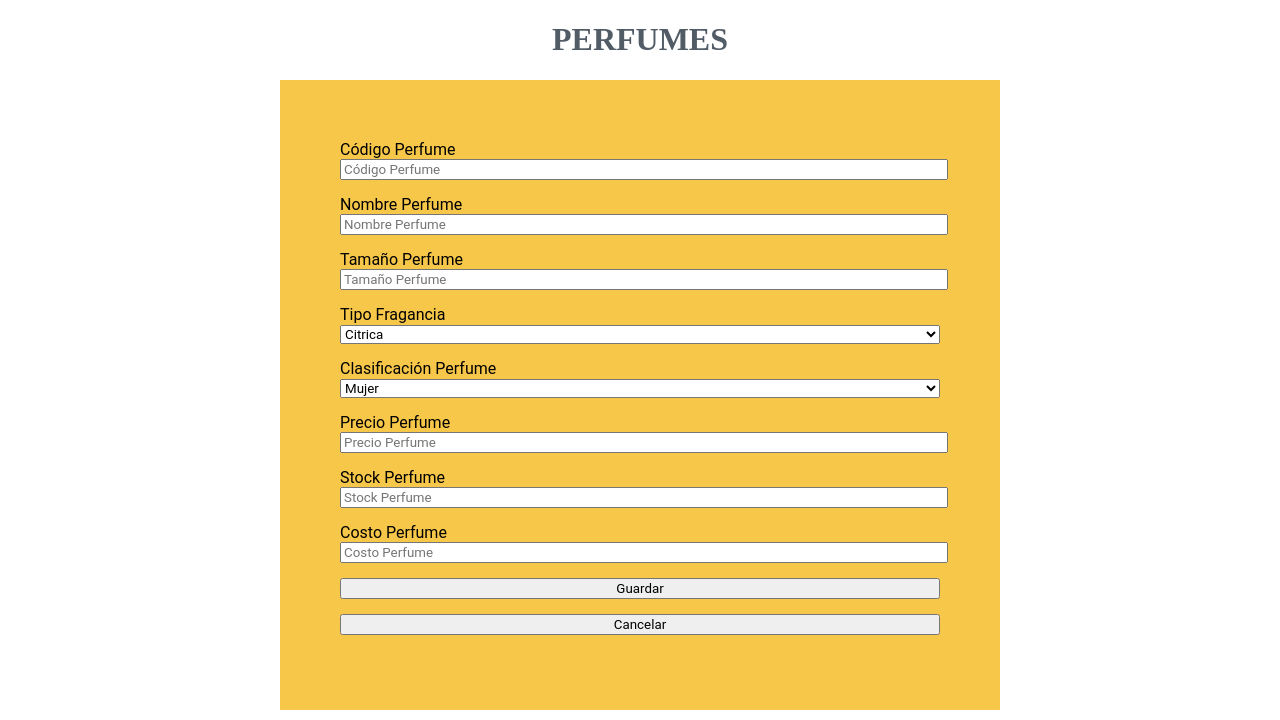
Repository: alejamorenovallejo/arosmile
Page: perfume.html
An editor plug-in stored every save of this project. The page is shown before and after the next save, followed by the edit.
The browser window is 1280 px wide. The pictures show the whole page.

Above is the page before, as saved 2021-09-12 02:26:17.
Not found: main.js

### perfume.html
<!DOCTYPE html>
<html>
  <head>
    <meta charset="utf-8" />
    <meta http-equiv="X-UA-Compatible" content="IE=edge" />
    <title>Perfumes</title>
    <meta name="viewport" content="width=device-width, initial-scale=1" />
    <link
      rel="stylesheet"
      type="text/css"
      media="screen"
      href="css/style.css"
    />
    <script src="main.js"></script>
  </head>
  <body>
    <header></header>
    <main>
        <h1>PERFUMES</h1>
        <form action="" method="POST">
          <label for="codigo_perfume">
            <span>Código Perfume</span>
            <input
              type="text"
              id="codigo_perfume"
              name="codigo_perfume"
              placeholder="Código Perfume"
            />
          </label>
          <label for="nombre_perfume">
            <span>Nombre Perfume</span>
            <input
              type="text"
              id="nombre_perfume"
              name="nombre_perfume"
              placeholder="Nombre Perfume"
            />
          </label>
          <label for="tamano_perfume">
            <span>Tamaño Perfume</span>
            <input
              type="number"
              id="tamano_perfume"
              name="tamano_perfume"
              placeholder="Tamaño Perfume"
            />
          </label>
          <label for="tipo_frangancia">
            <span>Tipo Fragancia</span>
            <select
              name="tipo_frangancia"
              id="tipo_frangancia"
              placeholder="Tipo Fragancia"
            >
              <option value="1">Citrica</option>
            </select>
          </label>
          <label for="clasificacion_perfume">
            <span>Clasificación Perfume</span>
            <select
              name="clasificacion_perfume"
              id="clasificacion_perfume"
              placeholder="Clasificación Perfume"
            >
              <option value="1">Mujer</option>
              <option value="2">Hombre</option>
              <option value="3">Infantil</option>
            </select>
          </label>
          <label for="precio_perfume">
            <span>Precio Perfume</span>
            <input
              type="number"
              id="precio_perfume"
              name="precio_perfume"
              placeholder="Precio Perfume"
            />
          </label>
          <label for="stock_perfume">
            <span>Stock Perfume</span>
            <input
              type="number"
              id="stock_perfume"
              name="stock_perfume"
              placeholder="Stock Perfume"
            />
          </label>
          <label for="costo_perfume">
            <span>Costo Perfume</span>
            <input
              type="number"
              id="costo_perfume"
              name="costo_perfume"
              placeholder="Costo Perfume"
            />
          </label>
          <input
            type="submit"
            id="guardar_perfume"
            name="guardar_perfume"
            value="Guardar"
          />
          <input
            type="button"
            id="cancelar_perfume"
            name="cancelar_perfume"
            value="Cancelar"
          />
        </form>
    </main>
  </body>
</html>

### css/style.css
form {
  padding: 60px;
  max-width: 600px;
  background-color: #F7C74A;
  margin: 0 auto;
}
form input, form select,form label{
    margin-bottom: 15px;
    font-family: "Roboto", sans-serif;
    width: 100%;

}

h1 {
    text-align: center;
    color: #525c66;

}

After the next save:
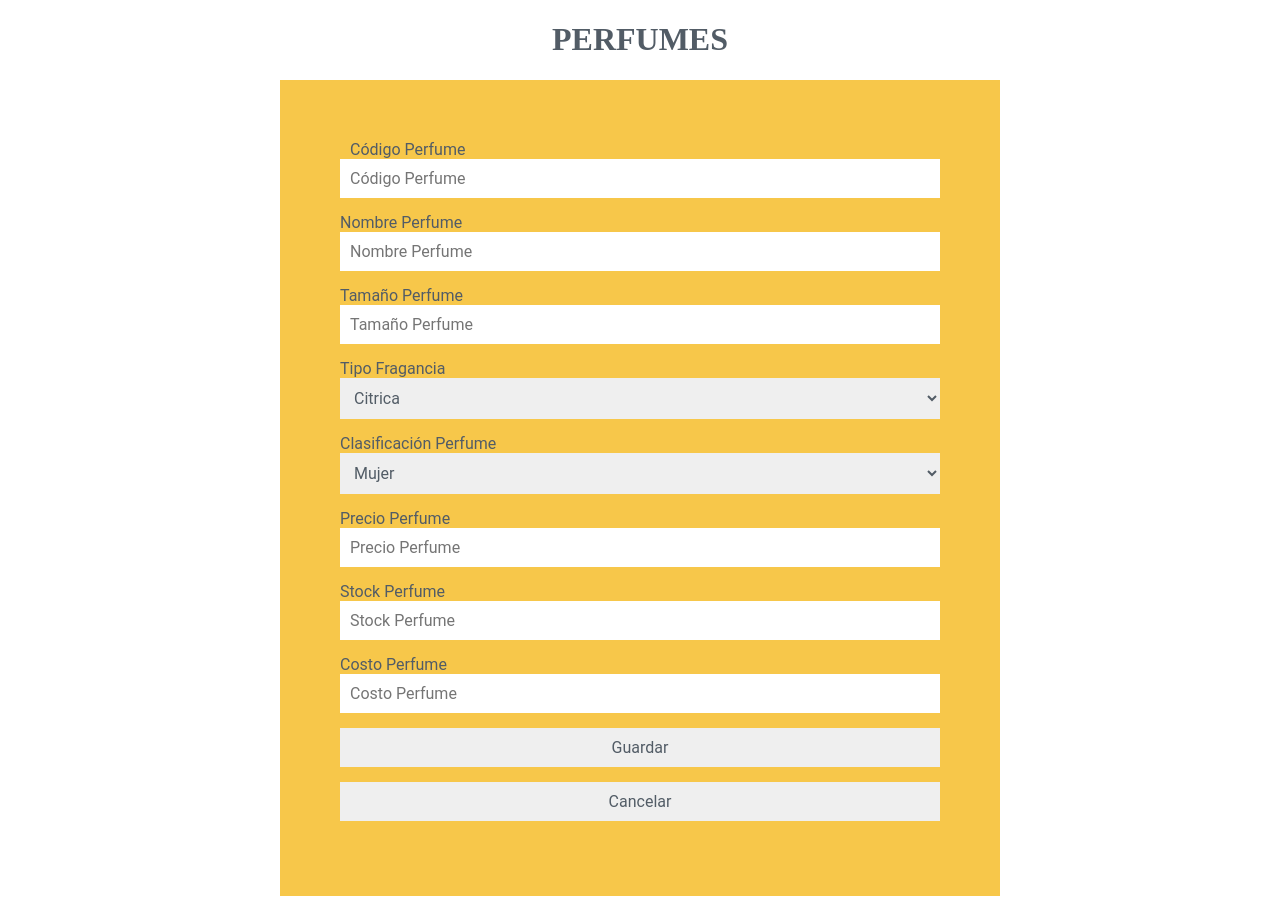
Saved 6 s later.
--- a/css/style.css
+++ b/css/style.css
@@ -8,7 +8,12 @@ form input, form select,form label{
     margin-bottom: 15px;
     font-family: "Roboto", sans-serif;
     width: 100%;
-
+    padding: 10px;
+    box-sizing: border-box;
+    border: none;
+    color: #525c66;
+    font-size: 1em;
+    resize: horizontal;
 }
 
 h1 {
